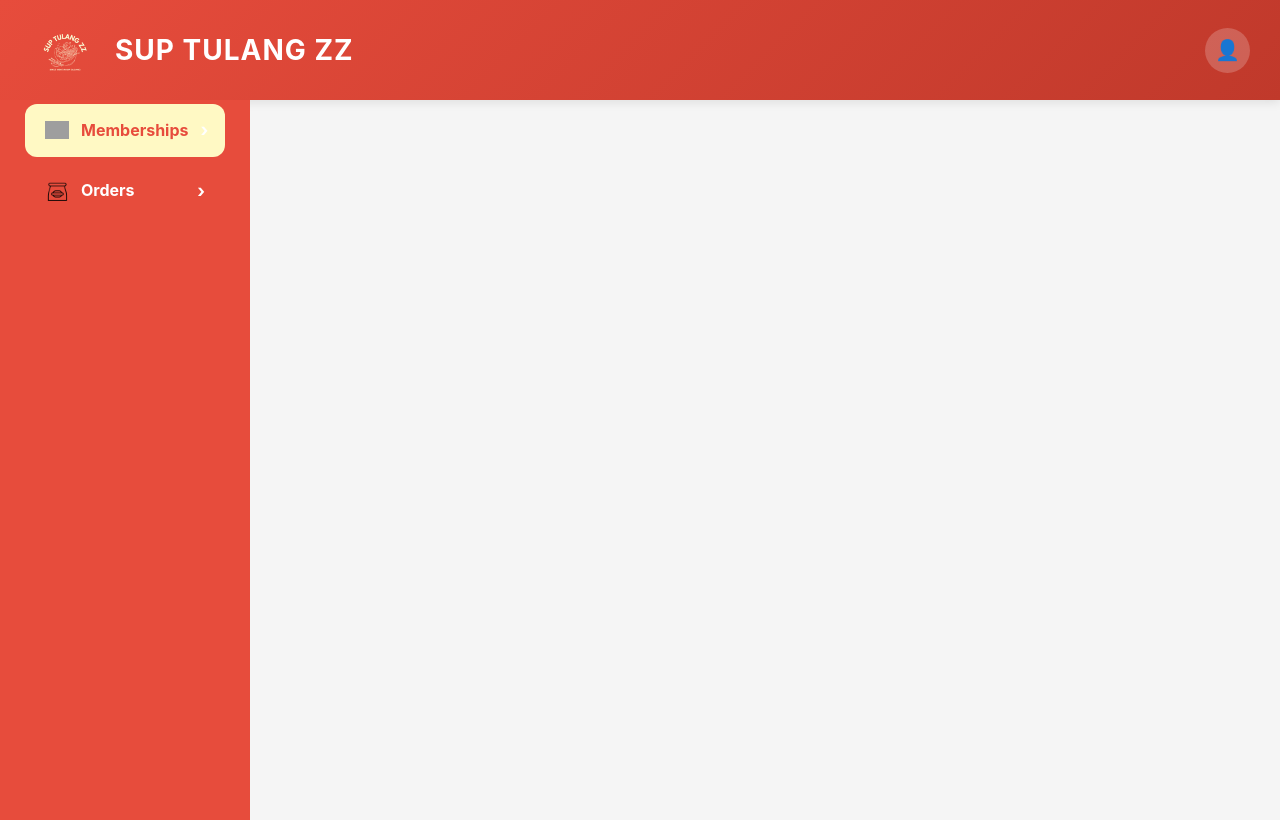
Repository: YIsheng2002/web-frontend
Page: view/Staff/dashboardstaff.html
An editor plug-in stored every save of this project. The page is shown before and after the next save, followed by the edit.
The browser window is 1280 px wide. The pictures show the whole page.
After loading, the first visible `a.sidebar-link` was clicked once.
Pictures or frames that could not be fetched are drawn as grey boxes.

Above is the page before, as saved 2025-06-12 13:29:28.

### view/Staff/dashboardstaff.html
<!DOCTYPE html>
<html lang="en">

<head>
    <meta charset="UTF-8">
    <meta name="viewport" content="width=device-width, initial-scale=1.0">
    <title>SUP TULANG ZZ</title>
    <link rel="stylesheet" href="../Staff/assets/css/main.css">
    <link rel="stylesheet" href="../../assets/css/main.css">
    <link rel="stylesheet" href="./assets/css/dashboardStaff.css">
    <script src="./assets/javascript/dashboardStaff.js"></script>

</head>

<body>
    <!-- Header -->
    <header class="header">
        <div class="logo-section">
            <img src="../../assets/images/logo.png" alt="Logo" class="logo">
            <h1 class="brand-name">SUP TULANG ZZ</h1>
        </div>

        <div class="user-menu">
            <div class="user-avatar" onclick="toggleDropdown()">
                👤
            </div>
            <div class="dropdown-menu" id="userDropdown">
                <a href="#" class="dropdown-item" onclick="showProfile()">
                    👤 Profile
                </a>
                <a href="#" class="dropdown-item" onclick="showSettings()">
                    ⚙️ Settings
                </a>
                <a href="#" class="dropdown-item" onclick="showOrders()">
                    📋 Orders
                </a>
                <a href="#" class="dropdown-item" onclick="showReports()">
                    📊 Reports
                </a>
                <hr style="margin: 8px 0; border: none; border-top: 1px solid #eee;">
                <a href="#" class="dropdown-item danger" onclick="logout()">
                    🚪 Logout
                </a>
            </div>
        </div>
    </header>
    <!-- Sidebar -->
    <div class="sidebar">
        <ul class="sidebar-menu">
            <li class="sidebar-item">
                <a href="#" class="sidebar-link" onclick="showMembership(event)">
                    <img src="./assets/images/membership.png" alt="Membership Icon" class="sidebar-icon">
                    <span class="sidebar-text">Memberships</span>
                    <span class="sidebar-arrow">›</span>
                </a>
            </li>
            <li class="sidebar-item">
                <a href="#" class="sidebar-link" onclick="showOrders(event)">
                    <img src="./assets/images/foodOrder.png" alt="Orders Icon" class="sidebar-icon">
                    <span class="sidebar-text">Orders</span>
                    <span class="sidebar-arrow">›</span>
                </a>
            </li>
        </ul>
    </div>
    <!-- Main Content -->
    <div class="main-content">

    </div>

</body>

</html>

### view/Staff/assets/css/main.css
* {
    margin: 0;
    padding: 0;
    box-sizing: border-box;
}

body {
    font-family: -apple-system, BlinkMacSystemFont, 'Segoe UI', Roboto, sans-serif;
    line-height: 1.6;
    color: #333;
    background-color: #f5f5f5;
}

.btn-primary {
    background: linear-gradient(135deg, #667eea 0%, #764ba2 100%);
    color: white;
    border: none;
    padding: 12px 24px;
    border-radius: 8px;
    font-size: 16px;
    font-weight: 600;
    cursor: pointer;
    transition: all 0.3s ease;
    width: 100%;
}

.btn-primary:hover {
    transform: translateY(-2px);
    box-shadow: 0 8px 25px rgba(102, 126, 234, 0.3);
}

.btn-primary:active {
    transform: translateY(0);
}

### assets/css/main.css
:root{
    --primary-color: #DE4345;
    --secondary-color: #F8FAD4;
    --white-color: #FFFFFF;
    --header-font-color: #212121;
    --header6-font-color: #424242;
    --light-red: #FF7877;
}

* {
    margin: 0;
    padding: 0;
    box-sizing: border-box;
}

body {
    font-family: -apple-system, BlinkMacSystemFont, 'Segoe UI', Roboto, sans-serif;
    line-height: 1.6;
    color: var(--header6-font-color);
    background-color: #f5f5f5;
}

.btn-primary {
    background: linear-gradient(135deg, var(--primary-color) 0%, var(--light-red) 100%);
    color: white;
    border: none;
    padding: 12px 24px;
    border-radius: 8px;
    font-size: 16px;
    font-weight: 600;
    cursor: pointer;
    transition: all 0.3s ease;
    width: 100%;
}

.btn-primary:hover {
    transform: translateY(-5px);
    box-shadow: 0 8px 25px rgba(253, 114, 92, 0.22);
}

.btn-primary:active {
    transform: translateY(0);
}

/* Header Styles */
.header {
    background: linear-gradient(135deg, #e74c3c, #c0392b);
    color: white;
    padding: 15px 30px;
    display: flex;
    justify-content: space-between;
    align-items: center;
    box-shadow: 0 2px 10px rgba(0,0,0,0.1);
}

.logo-section {
    display: flex;
    align-items: center;
    gap: 15px;
}

.logo {
    width: 70px;
    height: 70px;
    display: flex;
    align-items: center;
    justify-content: center;
    font-weight: bold;
    font-size: 18px;
}

.brand-name {
    font-size: 28px;
    font-weight: bold;
    letter-spacing: 1px;
}

### view/Staff/assets/css/dashboardStaff.css
/* User Menu */
.user-menu {
    position: relative;
}

.user-avatar {
    width: 45px;
    height: 45px;
    background: rgba(255, 255, 255, 0.2);
    border-radius: 50%;
    display: flex;
    align-items: center;
    justify-content: center;
    cursor: pointer;
    transition: all 0.3s ease;
    font-size: 20px;
}

.user-avatar:hover {
    background: rgba(255, 255, 255, 0.3);
    transform: scale(1.05);
}

.dropdown-menu {
    position: absolute;
    top: 100%;
    right: 0;
    background: white;
    border-radius: 12px;
    box-shadow: 0 10px 30px rgba(0, 0, 0, 0.15);
    padding: 12px 0;
    min-width: 180px;
    opacity: 0;
    visibility: hidden;
    transform: translateY(-10px);
    transition: all 0.3s ease;
    z-index: 1000;
    margin-top: 10px;
}

.dropdown-menu.show {
    opacity: 1;
    visibility: visible;
    transform: translateY(0);
}

.dropdown-item {
    display: block;
    padding: 12px 20px;
    color: #333;
    text-decoration: none;
    transition: background 0.3s ease;
    display: flex;
    align-items: center;
    gap: 10px;
}

.dropdown-item:hover {
    background: #f8f9fa;
}

.dropdown-item.danger:hover {
    background: #fee;
    color: #e74c3c;
}

/* Dashboard sidebar */
.sidebar {
    width: 250px;
    height: 100vh;
    background-color: #e74c3c;
}

.sidebar-menu {
    list-style: none;
    padding: 0;
    margin: 0;
}

.sidebar-item {
    display: flex;
    justify-content: center;
    width: 100%;
    padding: 4px 20px;
    color: #fff;
    text-decoration: none;
    align-items: center;
    gap: 10px;
    transition: background-color 0.3s ease;
}

/*
.sidebar-item:first-child {
  margin-top: 15px;
}
*/

.sidebar-link:hover {
    background-color: rgba(255, 255, 255, 0.1);
}

.sidebar-link {
    display: flex;
    align-items: center;
    justify-content: space-between;
    text-decoration: none;
    padding: 12px 20px;
    font-size: 16px;
    font-weight: bold;
    border-radius: 12px;
    transition: background-color 0.3s ease, color 0.3s ease;
    width: 200px;
    box-sizing: border-box;
    color: #fff;
    /* default text = white */
    background-color: transparent;
    /* default = no background */
}

.sidebar-link.active {
    background-color: #fff9c4;
    /* yellow container */
    color: #e74c3c;
    /* red text */
}

.sidebar-icon {
    width: 24px;
    height: 24px;
    object-fit: contain;
    margin-right: 12px;
    /* Space between icon and text */

}

.sidebar-text {
    flex-grow: 1;
    margin: 0px;
    /* Remove default margin */
    align-items: center;
    /* Center text vertically */
}

.sidebar-arrow {
    font-size: 18px;
    color: #fff;
    margin-left: 12px;
    /* Space between text and arrow */
}

### view/Staff/assets/javascript/dashboardStaff.js
// Dropdown functionality
function toggleDropdown() {
    const dropdown = document.getElementById('userDropdown');
    dropdown.classList.toggle('show');
}

// Close dropdown when clicking outside
document.addEventListener('click', function (event) {
    const userMenu = document.querySelector('.user-menu');
    const dropdown = document.getElementById('userDropdown');

    if (!userMenu.contains(event.target)) {
        dropdown.classList.remove('show');
    }
});

// Page navigation
/*
function showPage(pageId) {
    // Hide all pages
    document.querySelectorAll('.page').forEach(page => {
        page.classList.remove('active');
    });

    // Remove active class from all tabs
    document.querySelectorAll('.nav-tab').forEach(tab => {
        tab.classList.remove('active');
    });

    // Show selected page
    document.getElementById(pageId).classList.add('active');

    // Add active class to clicked tab
    event.target.classList.add('active');
}
    */
function showPage(pageId, event) {
    // Hide all pages
    document.querySelectorAll('.page').forEach(page => {
        page.classList.remove('active');
    });

    // Show selected page
    const targetPage = document.getElementById(pageId);
    if (targetPage) {
        targetPage.classList.add('active');
    }

    // Remove active class from both sidebar links and nav-tabs
    document.querySelectorAll('.sidebar-link, .nav-tab').forEach(link => {
        link.classList.remove('active');
    });

    // Add active to clicked one
    if (event) {
        event.currentTarget.classList.add('active');
    }
}



// User menu actions
function showProfile() {
    alert('Profile page - Coming soon!');
    toggleDropdown();
}

function showSettings() {
    alert('Settings page - Coming soon!');
    toggleDropdown();
}

function showOrders(event) {
    showPage('current-orders', event);
    toggleDropdown();
}


function showReports() {
    showPage('analytics');
    document.querySelector('[onclick="showPage(\'analytics\')"]').classList.add('active');
    toggleDropdown();
}

function logout() {
    if (confirm('Are you sure you want to logout?')) {
        // Add logout logic here
        alert('Logged out successfully!');
        // Redirect to login page
        // window.location.href = '/login.html';
    }
    toggleDropdown();
}

// side bar showMembership function
function showMembership(event) {
    showPage('Memberships', event);

}

After the next save:
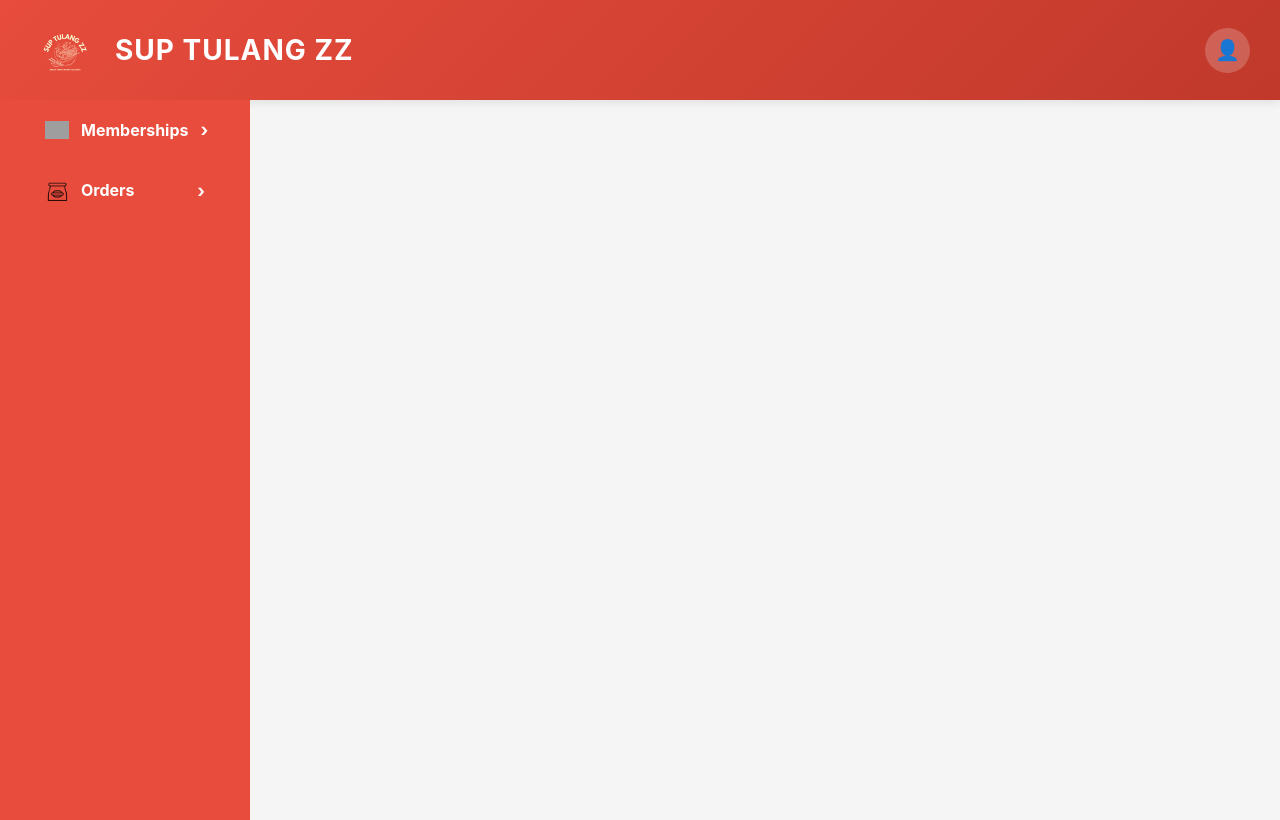
Console error: ReferenceError: showMembership is not defined
Saved 86 s later.
--- a/view/Staff/assets/javascript/dashboardStaff.js
+++ b/view/Staff/assets/javascript/dashboardStaff.js
@@ -91,9 +91,3 @@ function logout() {
     }
     toggleDropdown();
 }
-
-// side bar showMembership function
-function showMembership(event) {
-    showPage('Memberships', event);
-
-}

After the save that followed:
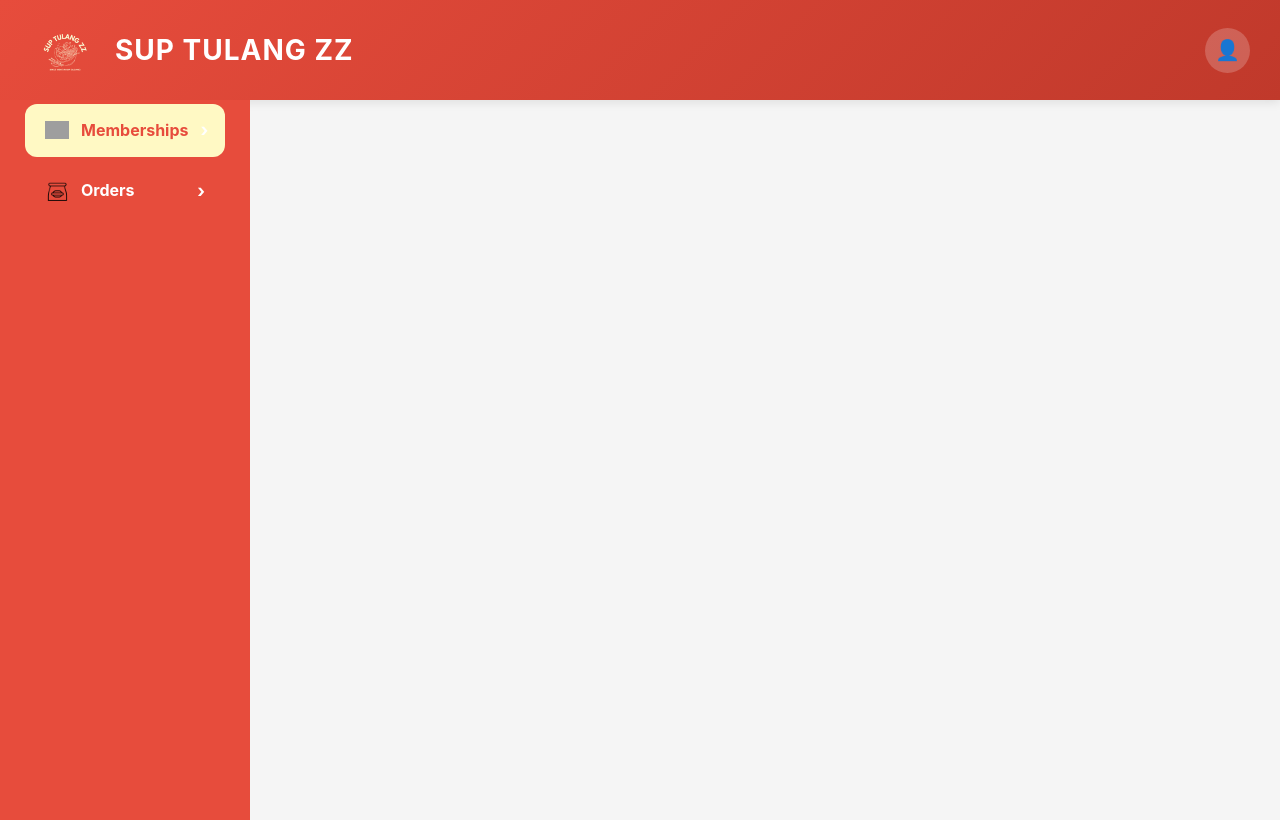
The error is gone.
Saved 33 s later.
--- a/view/Staff/assets/javascript/dashboardStaff.js
+++ b/view/Staff/assets/javascript/dashboardStaff.js
@@ -91,3 +91,8 @@ function logout() {
     }
     toggleDropdown();
 }
+
+function showMembership(event){
+    showPage('membership', event);
+    toggleDropdown();
+}
